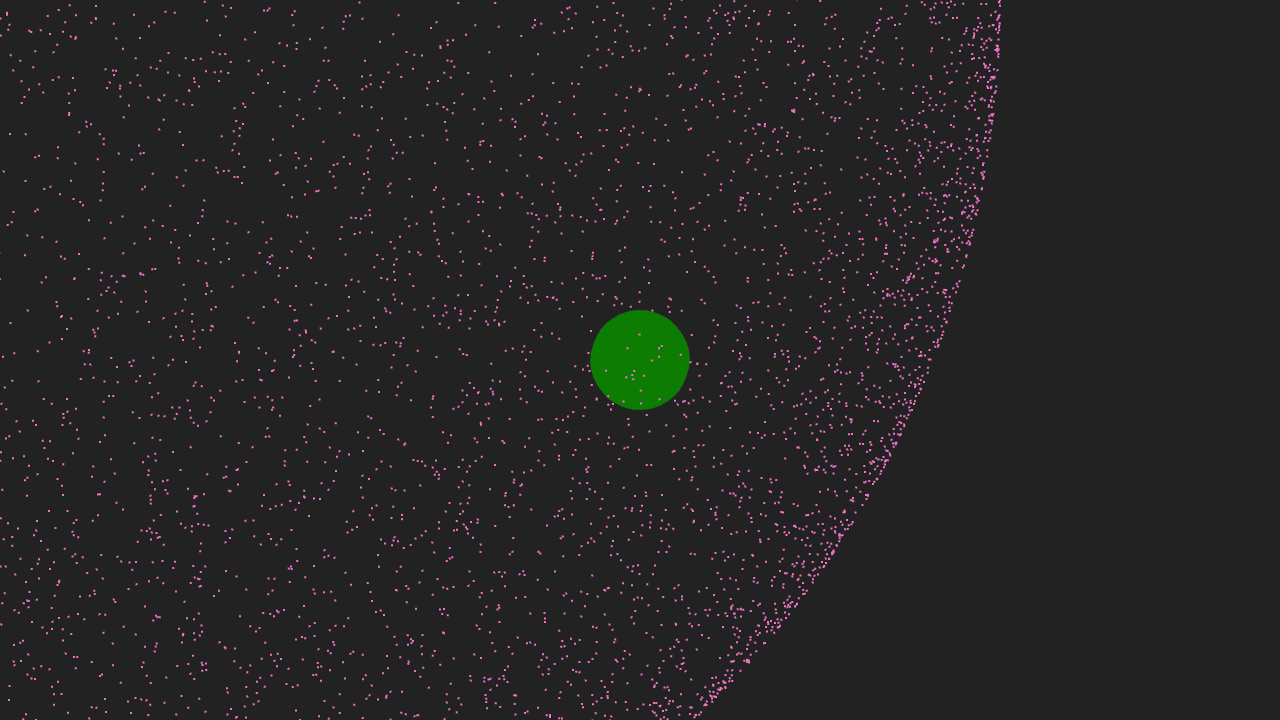
Repository: ZakariaZhlat125/multiple3dWindow
Page: index.html
An editor plug-in stored every save of this project. The page is shown before and after the next save, followed by the edit.
The browser window is 1280 px wide. The pictures show the whole page.

Above is the page before, as saved 2023-12-03 22:42:28.

After the next save:
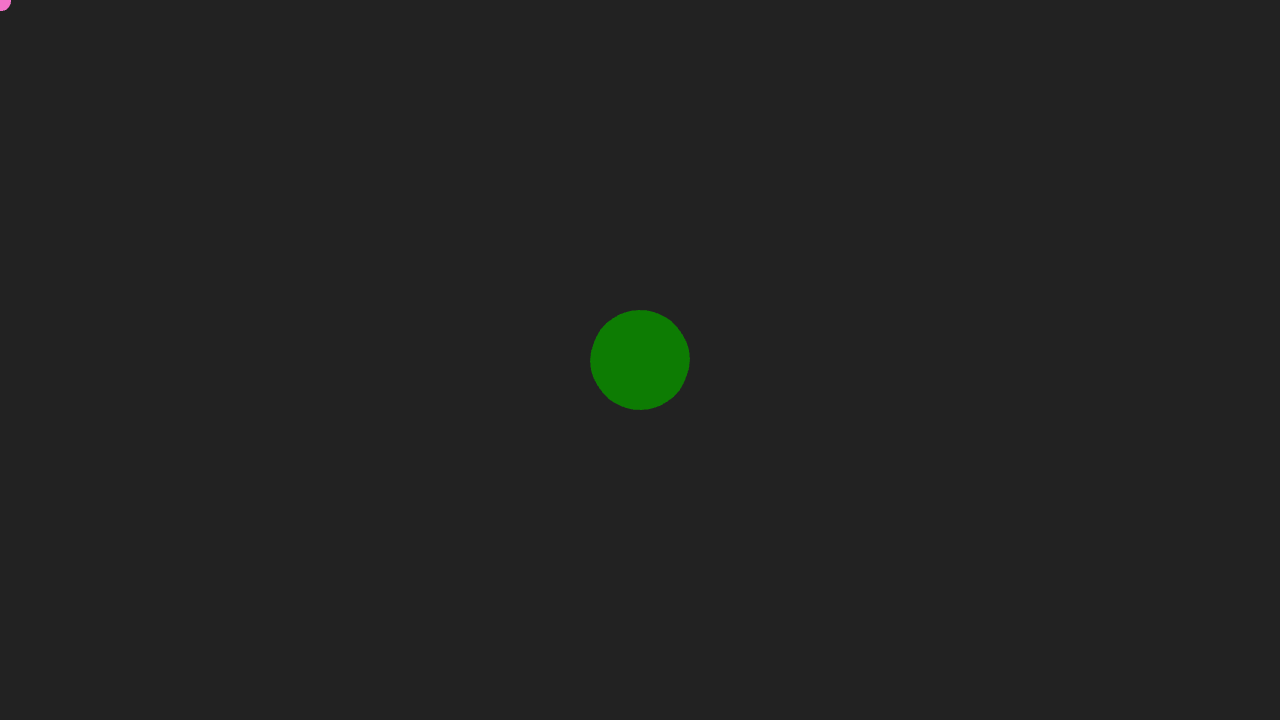
Saved 16 s later.
--- a/main.js
+++ b/main.js
@@ -186,7 +186,7 @@ if (new URLSearchParams(window.location.search).get("clear")) {
 
   function createStars() {
     const sphere = new Float32Array(60000);
-    const { radius } = { radius: 1000 };
+    const { radius } = { radius: 10 };
 
     for (let i = 0; i < sphere.length; i += 3) {
       const [x, y, z] = randomInSphere(radius);
